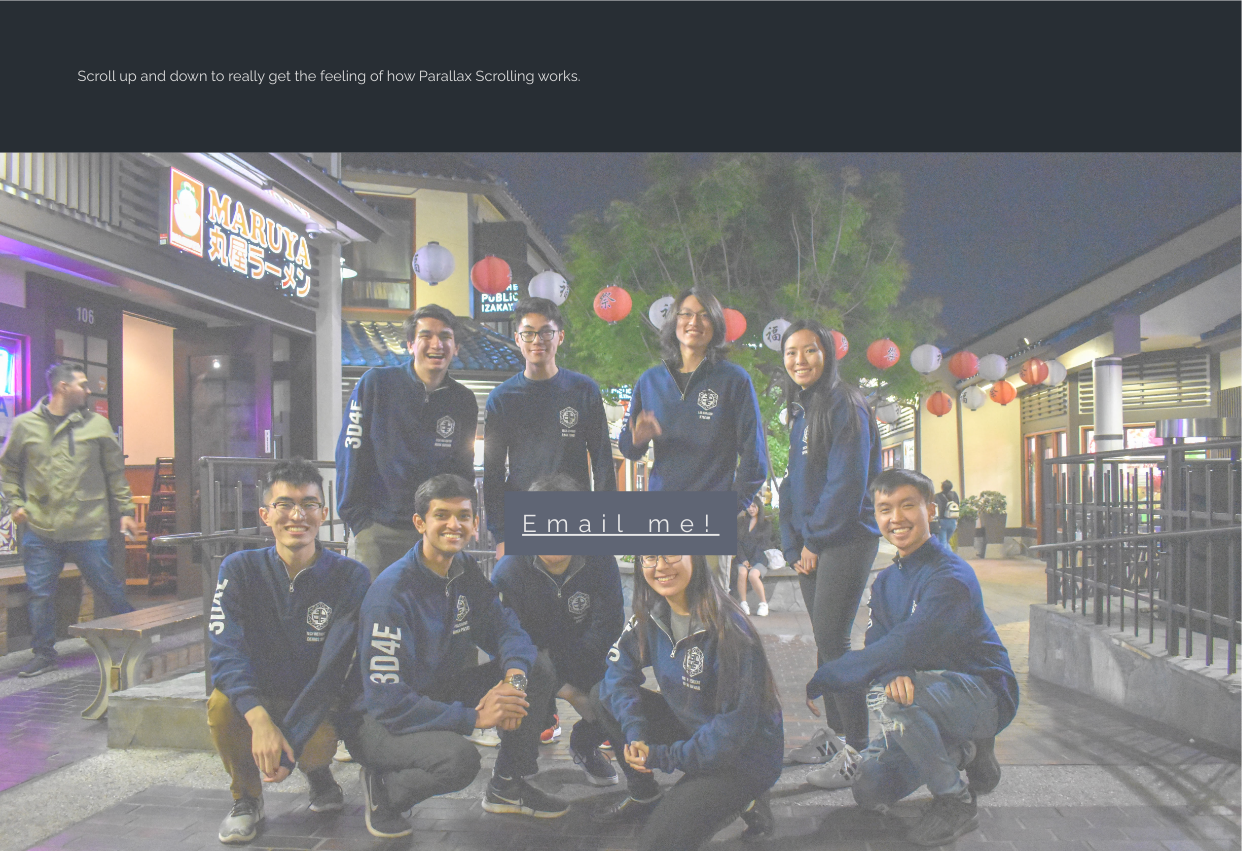
Repository: aliyuanh/me
Page: index.html
An editor plug-in stored every save of this project. The page is shown before and after the next save, followed by the edit.
The browser window is 1280 px wide. The pictures show the part of the page from y = 1986 to 2963 px (the page is 2863 px tall before and 2963 px after), at 97% of full size.

Above is the page before, as saved 2020-09-17 12:41:44.

### index.html
<!DOCTYPE html>
<html>

<head>
    <link href="https://fonts.googleapis.com/css2?family=Raleway:ital,wght@0,100;0,400;1,400;1,500&display=swap" rel="stylesheet">
    <meta name="viewport" content="width=device-width, initial-scale=1">
    <style>
         :root {
            --oxford-blue: #0b132bff;
            --space-cadet: #1c2541ff;
            --cadet-blue: #4da1a9ff;
            --wheat: #edd4b2ff;
            --mountbatten-pink: #9a7aa0ff;
        }

        body,
        html {
            height: 100%;
            margin: 0;
            font: 400 15px/1.8 "Raleway", sans-serif;
            color: #777;
        }

        .bgimg-1,
        .bgimg-2,
        .bgimg-3 {
            position: relative;
            opacity: 0.65;
            background-attachment: fixed;
            background-position: center;
            background-repeat: no-repeat;
            background-size: cover;
        }

        .bgimg-1 {
            background-image: url("img/tokyo.jpg");
            min-height: 100%;
        }

        .bgimg-2 {
            background-image: url("img/imagineering.jpg");
            min-height: 400px;
        }

        .bgimg-3 {
            background-image: url("img/cmmnd.png");
            min-height: 400px;
        }

        .caption {
            position: absolute;
            left: 0;
            top: 50%;
            width: 100%;
            text-align: center;
            color: #000;
        }

        .caption span.border {
            background-color: var(--oxford-blue);
            color: var(--wheat);
            padding: 18px;
            font-size: 25px;
            letter-spacing: 10px;
        }

        h3 {
            letter-spacing: 5px;
            text-transform: uppercase;
            font: 20px "Raleway", sans-serif;
            color: #111;
        }
        /* Turn off parallax scrolling for tablets and phones */

        .toResume {
            top: 10%;
            width: 100%;
            right: 10%;
            text-align: right;
            color: #000;
            position: absolute;
        }

        .resumeButton {
            background-color: var(--space-cadet);
            color: var(--wheat);
            padding: 18px;
            font-size: 16px;
            letter-spacing: 6px;
        }

        .headers {
            padding: 18px;
            font-size: 25px;
            letter-spacing: 10px;
            background-color: transparent;
            font-size: 35px;
            color: var(--wheat);
        }

        .blockForText {
            color: #ddd;
            background-color: #282E34;
            text-align: center;
            padding: 50px 80px;
            text-align: justify;
        }

        .titleForBlock {
            color: var(--wheat);
            background-color: transparent;
            text-align: center;
            top: 1em;
            font-size: x-large;
            text-shadow: 2px 2px 4px #000;
        }

        @media only screen and (max-device-width: 1024px) {
            .bgimg-1,
            .bgimg-2,
            .bgimg-3 {
                background-attachment: scroll;
            }
        }
        /* CSS HEX */
    </style>
</head>

<body>

    <div class="bgimg-1">
        <div class="toResume">
            <a class="resumeButton" href="https://drive.google.com/file/d/1WPi9M0jbwAtVQjWsxIvFWxaKqeurGUjf/view?usp=sharing">RESUME</a>
        </div>
        <div class="caption">
            <span class="border">AMANDA HAN</span>
        </div>
    </div>

    <div style="color: #777;background-color:white;text-align:center;padding:50px 80px;text-align: justify;">
        <h3 style="text-align:center;">Hi! I'm Amanda.</h3>
        <p>I'm a software developer interested in computer graphics and computer vision. Right now, I'm a junior Computer Science major at UCLA (go Bruins!). You can take a look at my professional work as an intern at Walt Disney Imagineering and Dolby Laboratories,
            as well as my computer graphics work down below.
        </p>
    </div>

    <div class="bgimg-2">
        <div class="caption">
            <span class="headers">PROFESSIONAL EXPERIENCE</span>
        </div>
    </div>

    <div style="position:relative;">
        <div style="color:#ddd;background-color:#282E34;text-align:center;padding:50px 80px;text-align: justify;">
            <p class="titleForBlock">Walt Disney Imagineering</p>
            <p>Scroll up and down to really get the feeling of how Parallax Scrolling works.</p>
        </div>
    </div>

    <div class="bgimg-3">
        <div class="caption">
            <span class="border" style="background-color:transparent;font-size:25px;color: #f7f7f7;">SCROLL UP</span>
        </div>
    </div>

    <div style="position:relative;">
        <div class="blockForText">
            <p>Scroll up and down to really get the feeling of how Parallax Scrolling works.</p>
        </div>
    </div>

    <div class="bgimg-1">
        <div class="caption">
            <span class="border"><a href="mailto: aliyuanh@ucla.edu" style="color:#ddd ">Email me!</a></span>
        </div>
    </div>

</body>

</html>

After the next save:
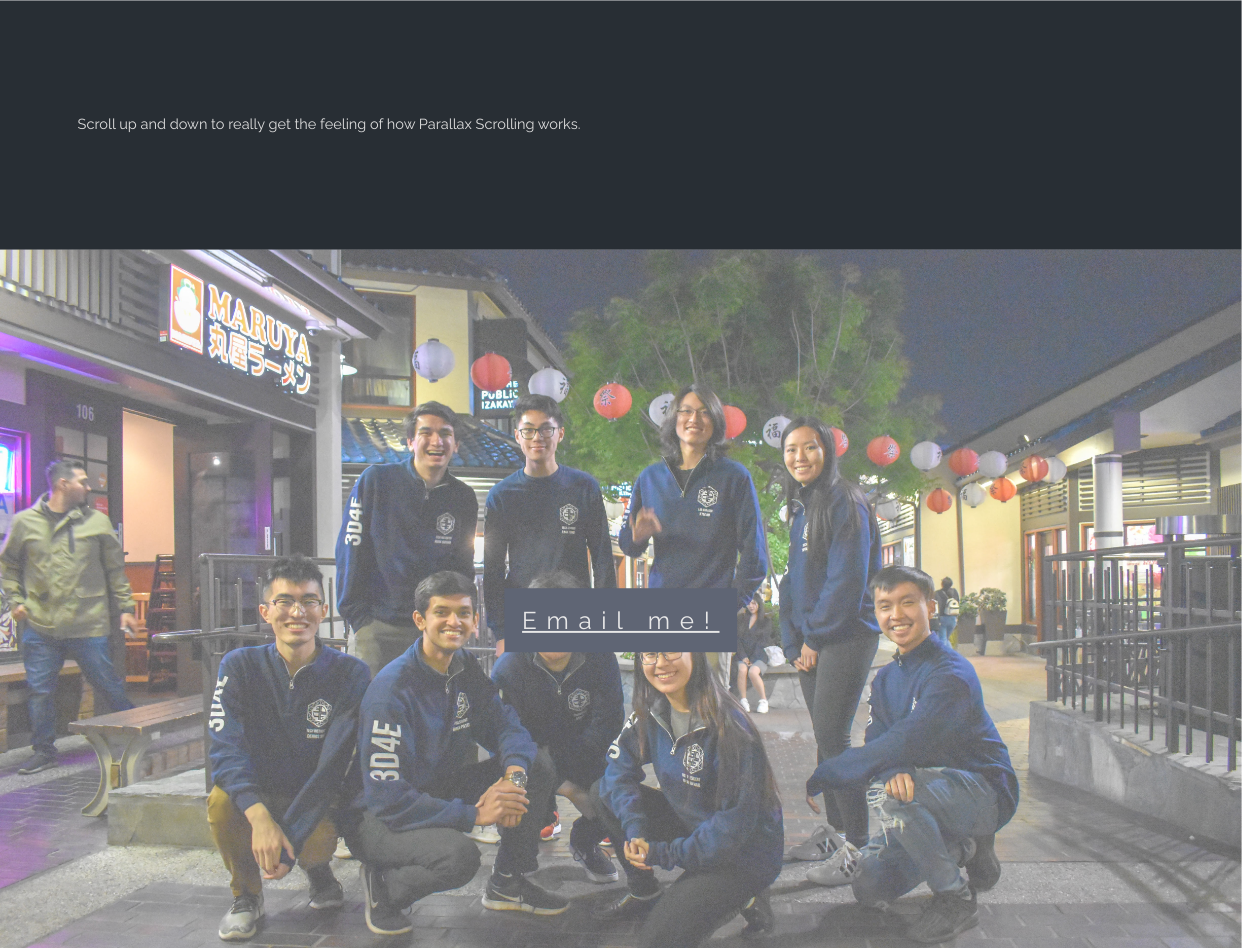
Saved 47 s later.
--- a/index.html
+++ b/index.html
@@ -102,7 +102,7 @@
             color: #ddd;
             background-color: #282E34;
             text-align: center;
-            padding: 50px 80px;
+            padding: 100px 80px;
             text-align: justify;
         }
 
